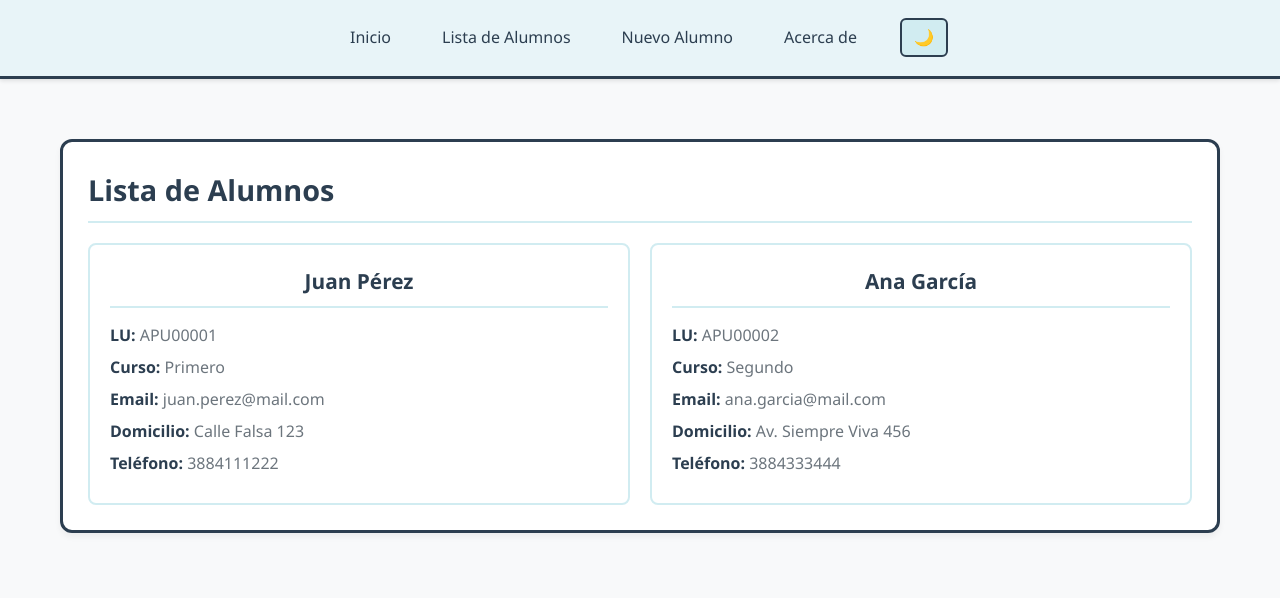
Repository: EduardTr48/pv_tp5_grupo4
Page: /alumnos
These files come from the project's save history. The page is drawn as it stood at one moment and after the next save; the edit follows.
The browser window is 1280 px wide. The pictures show the whole page.
The project was rebuilt for these pictures with package versions that can differ from the ones it lists, and the page was loaded fresh each time. Also part of the build but not shown: vite.config.js.

Above is the page before, as saved 2025-06-05 23:55:54.

### src/index.css
:root {
  font-family: 'Segoe UI', Tahoma, Geneva, Verdana, sans-serif;
  line-height: 1.6;
  font-weight: 400;

  /* Colores pasteles modo claro */
  --color-primary: #f8f9fa;
  --color-secondary: #e8f4f8;
  --color-accent: #d1ecf1;
  --color-border: #2c3e50;
  --color-text: #2c3e50;
  --color-text-light: #6c757d;
  --color-card-bg: #ffffff;
  --color-input-bg: #ffffff;
}

/* Modo oscuro con colores pasteles oscuros */
:root[data-theme="dark"] {
  --color-primary: #2d3748;
  --color-secondary: #4a5568;
  --color-accent: #718096;
  --color-border: #e2e8f0;
  --color-text: #f7fafc;
  --color-text-light: #cbd5e0;
  --color-card-bg: #4a5568;
  --color-input-bg: #2d3748;
}

* {
  margin: 0;
  padding: 0;
  box-sizing: border-box;
}

body {
  background-color: var(--color-primary);
  color: var(--color-text);
  font-size: 16px;
  min-height: 100vh;
}

#root {
  min-height: 100vh;
}

/* Contenedores principales */
.container {
  max-width: 1200px;
  margin: 0 auto;
  padding: 20px;
}

/* Navegación */
nav {
  background-color: var(--color-secondary);
  border-bottom: 3px solid var(--color-border);
  padding: 15px 20px;
  box-shadow: 0 2px 4px rgba(0,0,0,0.1);
  display: flex;
  justify-content: center;
  align-items: center;
  gap: 15px;
}

nav a {
  color: var(--color-text);
  text-decoration: none;
  padding: 8px 16px;
  border-radius: 6px;
  border: 2px solid transparent;
  transition: all 0.3s ease;
  font-weight: 500;
}

nav a:hover {
  background-color: var(--color-accent);
  border-color: var(--color-border);
}

/* Theme toggle button en navbar */
.theme-toggle-nav {
  background-color: var(--color-accent) !important;
  color: var(--color-text) !important;
  border: 2px solid var(--color-border) !important;
  padding: 8px 12px !important;
  border-radius: 6px !important;
  cursor: pointer;
  font-size: 16px !important;
  font-weight: 500 !important;
  transition: all 0.3s ease !important;
  margin-left: 10px;
}

.theme-toggle-nav:hover {
  background-color: var(--color-card-bg) !important;
  color: var(--color-text) !important;
  transform: scale(1.1) !important;
}

/* Títulos */
h1 {
  color: var(--color-text);
  font-size: 2.2em;
  margin-bottom: 20px;
  text-align: center;
  font-weight: 600;
}

h2 {
  color: var(--color-text);
  font-size: 1.8em;
  margin-bottom: 15px;
  border-bottom: 2px solid var(--color-accent);
  padding-bottom: 8px;
}

h3 {
  color: var(--color-text);
  font-size: 1.4em;
  margin-bottom: 12px;
}

/* Párrafos */
p {
  color: var(--color-text-light);
  margin-bottom: 12px;
  line-height: 1.8;
}

/* Contenedores con bordes */
.card {
  background-color: var(--color-card-bg);
  border: 3px solid var(--color-border);
  border-radius: 12px;
  padding: 25px;
  margin: 20px 0;
  box-shadow: 0 4px 6px rgba(0,0,0,0.05);
}

/* Botones */
button {
  background-color: var(--color-secondary);
  color: var(--color-text);
  border: 3px solid var(--color-border);
  padding: 10px 20px;
  border-radius: 8px;
  cursor: pointer;
  font-size: 16px;
  font-weight: 500;
  transition: all 0.3s ease;
}

button:hover {
  background-color: var(--color-accent);
  color: var(--color-text);
  transform: translateY(-1px);
}

/* Inputs */
input, select, textarea {
  border: 3px solid var(--color-border);
  border-radius: 6px;
  padding: 10px;
  font-size: 16px;
  background-color: var(--color-input-bg);
  color: var(--color-text);
  transition: border-color 0.3s ease;
}

input:focus, select:focus, textarea:focus {
  outline: none;
  border-color: var(--color-accent);
  box-shadow: 0 0 0 3px rgba(113, 128, 150, 0.3);
}

/* Labels */
label {
  color: var(--color-text);
  font-weight: 500;
}

/* Enlaces */
a {
  color: var(--color-text);
  text-decoration: none;
}

a:hover {
  color: var(--color-text-light);
}

/* Theme toggle button */
.theme-toggle {
  position: fixed;
  top: 20px;
  right: 20px;
  background-color: var(--color-accent);
  color: var(--color-text);
  border: 3px solid var(--color-border);
  padding: 12px 16px;
  border-radius: 8px;
  cursor: pointer;
  font-size: 14px;
  font-weight: 600;
  transition: all 0.3s ease;
  z-index: 1000;
}

.theme-toggle:hover {
  transform: scale(1.05);
  box-shadow: 0 4px 8px rgba(0,0,0,0.2);
}

/* Estilos para lista de alumnos */
.alumnos-grid {
  display: grid;
  grid-template-columns: repeat(auto-fit, minmax(300px, 1fr));
  gap: 20px;
  margin-top: 20px;
}

.alumno-card {
  background-color: var(--color-card-bg);
  border: 2px solid var(--color-accent);
  border-radius: 8px;
  padding: 20px;
  transition: all 0.3s ease;
}

.alumno-card:hover {
  transform: translateY(-2px);
  box-shadow: 0 4px 12px rgba(0,0,0,0.1);
  border-color: var(--color-border);
}

.alumno-card h3 {
  color: var(--color-text);
  font-size: 1.3em;
  margin-bottom: 15px;
  text-align: center;
  border-bottom: 2px solid var(--color-accent);
  padding-bottom: 8px;
}

.alumno-info p {
  margin-bottom: 8px;
  color: var(--color-text-light);
  line-height: 1.5;
}

.alumno-info strong {
  color: var(--color-text);
  font-weight: 600;
}

### src/App.jsx
import { useState } from 'react'
import { BrowserRouter as Router, Routes, Route } from 'react-router-dom';
import NavBar from './components/NavBar.jsx';
import ListaAlumnos from './components/ListaAlumnos.jsx';

const App = () => {
  const [count, setCount] = useState(0)

  const HomePage = () => (
    <div className="container">
      <div className="card">
        <h1>Bienvenido al Sistema de Gestión de Alumnos</h1>
        <p>Este sistema te permite administrar la información de los estudiantes de manera eficiente.</p>
        <p>Utiliza el menú de navegación para acceder a las diferentes funcionalidades.</p>
      </div>
    </div>
  );

  return (
    <Router>
      <NavBar />
      <div style={{ padding: '20px' }}>
        <Routes>
          <Route path="/" element={<HomePage />} />
          <Route path="/alumnos" element={<ListaAlumnos />} />
          <Route path="/alumnos/nuevo" element={<div className="container"><div className="card"><h2>Nuevo Alumno</h2></div></div>} />
          <Route path="/acerca-de" element={<div className="container"><div className="card"><h2>Acerca de</h2></div></div>} />
        </Routes>
      </div>
    </Router>
  );
};

export default App

### src/components/NavBar.jsx
import React, { useState, useEffect } from 'react';
import { Link } from 'react-router-dom';

const NavBar = () => {
  const [isDarkMode, setIsDarkMode] = useState(false);

  // Evento sintético onClick para toggle del tema
  const handleThemeToggle = () => {
    setIsDarkMode(prevMode => !prevMode);
  };

  // Uso de evento nativo con addEventListener en useEffect
  useEffect(() => {
    // Evento nativo para detectar teclas (ejemplo: 'T' para toggle tema)
    const handleKeyPress = (event) => {
      if (event.key === 't' || event.key === 'T') {
        setIsDarkMode(prevMode => !prevMode);
      }
    };

    // Agregar event listener nativo
    document.addEventListener('keydown', handleKeyPress);

    // Cleanup del event listener
    return () => {
      document.removeEventListener('keydown', handleKeyPress);
    };
  }, []);

  // Aplicar el tema al documento
  useEffect(() => {
    document.documentElement.setAttribute('data-theme', isDarkMode ? 'dark' : 'light');
  }, [isDarkMode]);

  return (
    <nav>
      <Link to="/">Inicio</Link>
      <Link to="/alumnos">Lista de Alumnos</Link>
      <Link to="/alumnos/nuevo">Nuevo Alumno</Link>
      <Link to="/acerca-de">Acerca de</Link>

      {/* Botón toggle tema - evento onClick sintético */}
      <button
        className="theme-toggle-nav"
        onClick={handleThemeToggle}
        title="Cambiar tema (o presiona T)"
      >
        {isDarkMode ? '☀️' : '🌙'}
      </button>
    </nav>
  );
};

export default NavBar;

### src/components/ListaAlumnos.jsx
import React from 'react';
import alumnos from '../data/alumnosData.js';

const ListaAlumnos = () => {
  return (
    <div className="container">
      <div className="card">
        <h2>Lista de Alumnos</h2>

        {alumnos.length === 0 ? (
          <p>No hay alumnos registrados.</p>
        ) : (
          <div className="alumnos-grid">
            {alumnos.map((alumno, index) => (
              <div key={alumno.Lu} className="alumno-card">
                <h3>{alumno.nombre} {alumno.apellido}</h3>
                <div className="alumno-info">
                  <p><strong>LU:</strong> {alumno.Lu}</p>
                  <p><strong>Curso:</strong> {alumno.curso}</p>
                  <p><strong>Email:</strong> {alumno.email}</p>
                  <p><strong>Domicilio:</strong> {alumno.domicilio}</p>
                  <p><strong>Teléfono:</strong> {alumno.teléfono}</p>
                </div>
              </div>
            ))}
          </div>
        )}
      </div>
    </div>
  );
};

export default ListaAlumnos;

### src/data/alumnosData.js
const alumnos = [
  {
    Lu: "APU00001",
    nombre: "Juan",
    apellido: "Pérez",
    curso: "Primero",
    email: "juan.perez@mail.com",
    domicilio: "Calle Falsa 123",
    teléfono: "3884111222"
  },
  {
    Lu: "APU00002",
    nombre: "Ana",
    apellido: "García",
    curso: "Segundo",
    email: "ana.garcia@mail.com",
    domicilio: "Av. Siempre Viva 456",
    teléfono: "3884333444"
  },
  // se puede agregar más alumnos
];

export default alumnos;

Loaded but not shown: index.html (common file); src/main.jsx (common file)

After the next save:
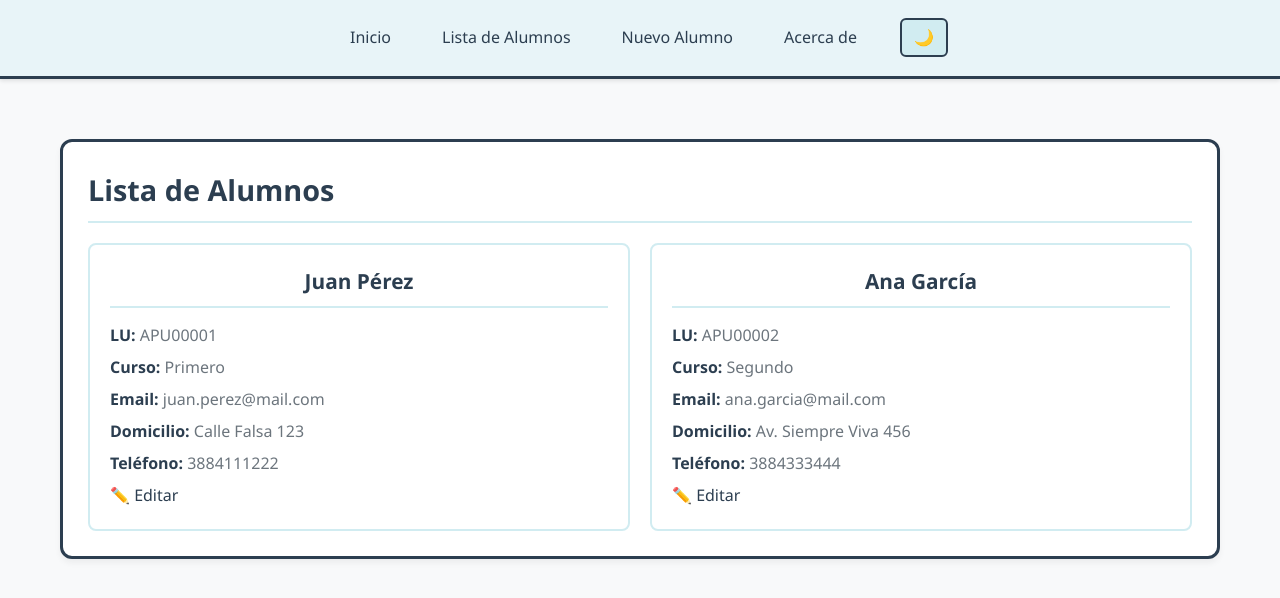
Saved 2 min 29 s later.
--- a/src/components/ListaAlumnos.jsx
+++ b/src/components/ListaAlumnos.jsx
@@ -1,4 +1,5 @@
 import React from 'react';
+import { Link } from 'react-router-dom';
 import alumnos from '../data/alumnosData.js';
 
 const ListaAlumnos = () => {
@@ -21,6 +22,13 @@ const ListaAlumnos = () => {
                   <p><strong>Domicilio:</strong> {alumno.domicilio}</p>
                   <p><strong>Teléfono:</strong> {alumno.teléfono}</p>
                 </div>
+
+                {/* Botones de acción */}
+                <div className="alumno-actions">
+                  <Link to={`/alumnos/${alumno.Lu}/editar`} className="btn-editar">
+                    ✏️ Editar
+                  </Link>
+                </div>
               </div>
             ))}
           </div>
